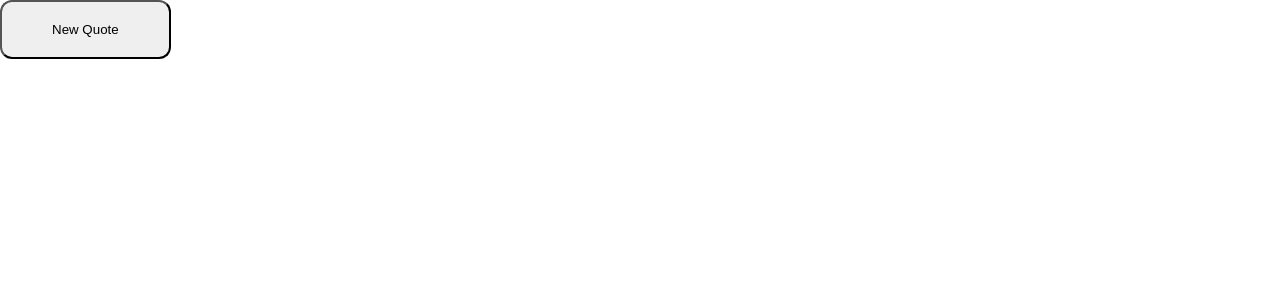
Repository: cakuang1/kanyequotes
Page: /
These files come from the project's save history. The page is drawn as it stood at one moment and after the next save; the edit follows.
The browser window is 1280 px wide. The pictures show the whole page.
The page's requests for data from a server got no answer. The project was rebuilt for these pictures with package versions that can differ from the ones it lists, and the page was loaded fresh each time. No one was signed in, and anything a server would have sent is missing.

Above is the page before, as saved 2022-07-17 19:40:49.

After the next save:
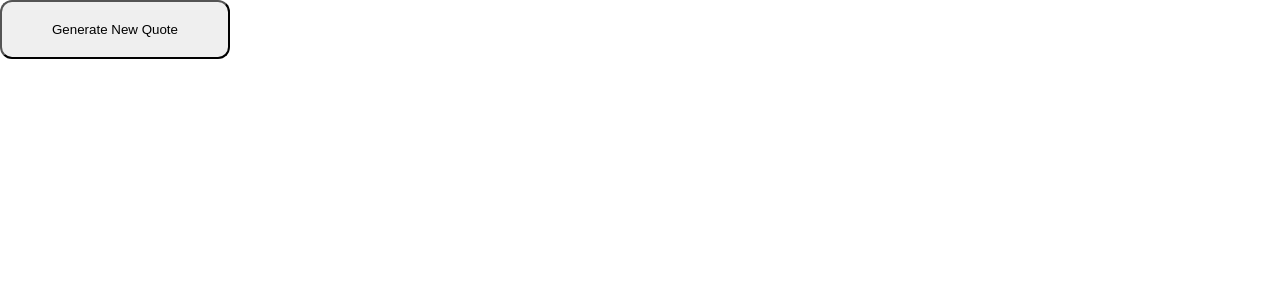
Saved 16 s later.
--- a/src/App.js
+++ b/src/App.js
@@ -25,7 +25,7 @@ function Button() {
 }
   return (
     <form onSubmit={handleSubmit}>
-    <button type="submit">New Quote</button>
+    <button type="submit">Generate New Quote</button>
     </form>
 );
 }
